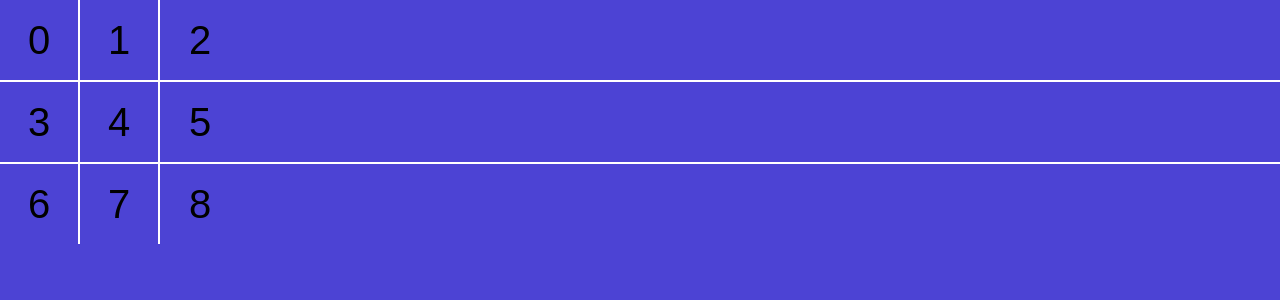
Repository: NoobAjay/tictactoe-game
Page: /
These files come from the project's save history. The page is drawn as it stood at one moment and after the next save; the edit follows.
The browser window is 1280 px wide. The pictures show the whole page.
The project was rebuilt for these pictures with package versions that can differ from the ones it lists, and the page was loaded fresh each time. Also part of the build but not shown: vite.config.js.

Above is the page before, as saved 2023-03-22 09:32:18.

### src/App.jsx
import './styles.scss';
// import Square from './components/Square';
import Board from './components/Board';

function App() {
  return (
    <div>
      <Board />
    </div>
  );
}

export default App;

Loaded but not shown: index.html (common file); src/main.jsx (common file); src/styles.scss (common file); src/components/Board.jsx (common file); src/components/Square.jsx (common file)

After the next save:
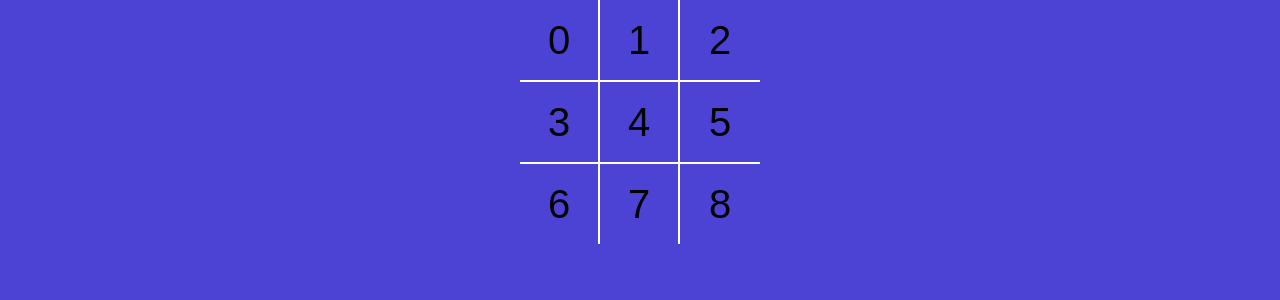
Saved 50 s later.
--- a/src/App.jsx
+++ b/src/App.jsx
@@ -4,7 +4,7 @@ import Board from './components/Board';
 
 function App() {
   return (
-    <div>
+    <div className="app">
       <Board />
     </div>
   );
